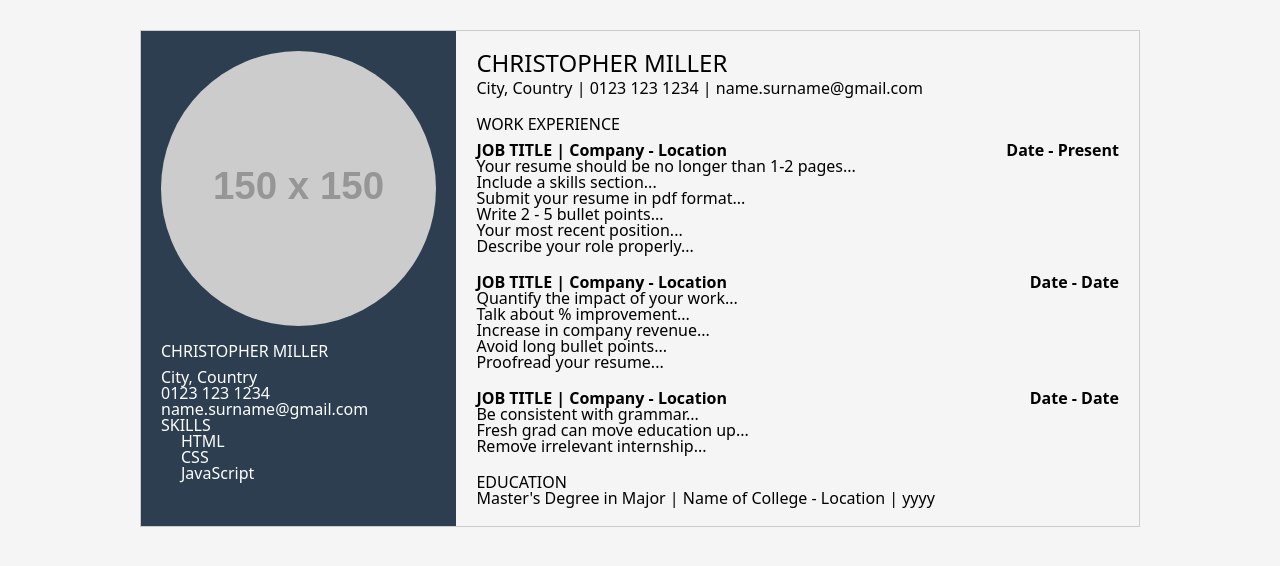
Repository: doanhieu0707/Homework-Day-5
Page: cv-flex.html
These files come from the project's save history. The page is drawn as it stood at one moment and after a run of saves; the edit follows.
The browser window is 1280 px wide. The pictures show the whole page.

Above is the page before, as saved 2026-04-22 14:38:43.

### cv-flex.html
<!doctype html>
<html lang="en">
<head>
    <meta charset="UTF-8" />
    <meta name="viewport" content="width=device-width, initial-scale=1.0" />
    <link rel="stylesheet" href="./css/reset.css" />
    <link rel="stylesheet" href="./css/style.css" />
    <title>CV Flex</title>
</head>
<body>
    <div class="cv">
        <div class="container">

            <!-- SIDEBAR -->
            <div class="sidebar">
                <img src="https://via.placeholder.com/150" alt="avatar" />
                <h2>CHRISTOPHER MILLER</h2>
                <p>City, Country</p>
                <p>0123 123 1234</p>
                <p>name.surname@gmail.com</p>

                <h3>SKILLS</h3>
                <ul>
                    <li>HTML</li>
                    <li>CSS</li>
                    <li>JavaScript</li>
                </ul>
            </div>

            <!-- MAIN CONTENT -->
            <div class="infor">
                <div class="header">
                    <h1 class="heading-1">CHRISTOPHER MILLER</h1>
                    <p>
                        City, Country | 0123 123 1234 | name.surname@gmail.com
                    </p>
                </div>

                <div class="work">
                    <h2 class="heading-2">WORK EXPERIENCE</h2>
                </div>

                <div class="part">
                    <div class="title">
                        <span>JOB TITLE | Company - Location</span>
                        <span>Date - Present</span>
                    </div>
                    <ul>
                        <li>Your resume should be no longer than 1-2 pages...</li>
                        <li>Include a skills section...</li>
                        <li>Submit your resume in pdf format...</li>
                        <li>Write 2 - 5 bullet points...</li>
                        <li>Your most recent position...</li>
                        <li>Describe your role properly...</li>
                    </ul>
                </div>

                <div class="part">
                    <div class="title">
                        <span>JOB TITLE | Company - Location</span>
                        <span>Date - Date</span>
                    </div>
                    <ul>
                        <li>Quantify the impact of your work...</li>
                        <li>Talk about % improvement...</li>
                        <li>Increase in company revenue...</li>
                        <li>Avoid long bullet points...</li>
                        <li>Proofread your resume...</li>
                    </ul>
                </div>

                <div class="part">
                    <div class="title">
                        <span>JOB TITLE | Company - Location</span>
                        <span>Date - Date</span>
                    </div>
                    <ul>
                        <li>Be consistent with grammar...</li>
                        <li>Fresh grad can move education up...</li>
                        <li>Remove irrelevant internship...</li>
                    </ul>
                </div>

                <div class="footer">
                    <h2>EDUCATION</h2>
                    <p>
                        <span>Master's Degree in Major</span> |
                        Name of College - Location | yyyy
                    </p>
                </div>
            </div>

        </div>
    </div>
</body>
</html>

### css/style.css
* {
    box-sizing: border-box;
}

body {
    background-color: gray;
    font-family:
        system-ui,
        -apple-system,
        BlinkMacSystemFont,
        "Segoe UI",
        Roboto,
        Oxygen,
        Ubuntu,
        Cantarell,
        "Fira Sans",
        "Droid Sans",
        "Helvetica Neue",
        sans-serif;
}

/* MAIN CV */
.cv {
    max-width: 1000px;
    margin: 20px auto;
    border: 1px solid #ccc;
}

/* FLEX LAYOUT */
.container {
    display: flex;
}

/* SIDEBAR */
.sidebar {
    flex: 3;
    background: #2c3e50;
    color: white;
    padding: 20px;
}

.sidebar img {
    width: 100%;
    border-radius: 50%;
    margin-bottom: 15px;
}

.sidebar h2 {
    margin-bottom: 10px;
}

.sidebar ul {
    padding-left: 20px;
}

/* MAIN CONTENT */
.infor {
    flex: 7;
    padding: 20px;
}

/* HEADER */
.header {
    margin-bottom: 20px;
}

.heading-1 {
    font-size: 24px;
    margin-bottom: 5px;
}

/* SECTION */
.heading-2 {
    margin-bottom: 10px;
}

/* JOB TITLE */
.title {
    display: flex;
    justify-content: space-between;
    font-weight: bold;
}

/* SPACING */
.part {
    margin-bottom: 20px;
}

/* FOOTER */
.footer {
    margin-top: 20px;
}

/* ===== Menu ===== */
.menu {
    display: flex;
    align-items: center;
    justify-content: center;
    padding: 0 45px;
    font-size: 0;
    background-color: #3e5cca;
}

.menu li {
    display: inline-block;
    position: relative;
}

.menu li::before {
    content: "";
    position: absolute;
    left: 0;
    top: 0;
    width: 1px;
    height: 100%;
    background-color: #2d4db7;
}

.menu li:first-child::before {
    display: none;
}

.menu li a {
    display: inline-block;
    color: white;
    font-size: 16px;
    padding: 21px;
    text-decoration: none;
}

.menu li a::before {
    content: "\25B6";
    margin-right: 6px;
    font-size: 10px;
}

.menu li:hover > a {
  background-color: #2d4db7;
  color: #fff;
}


.menu li a:focus,
.menu li a:target {
    background-color: blueviolet;
    color: red;
}

/* ===== Form ===== */
.form {
    max-width: 400px;
    padding: 25px;
    margin: 10px auto;
    border-radius: 20px;
    background-color: #fff;
}

.form-heading {
    margin-bottom: 32px;
    text-align: center;
    font-size: 24px;
    font-weight: bold;
    color: red;
}

.form-label {
    display: block;
    margin: 12px 0 4px;
    font-weight: 600;
    font-size: 12px;
}

/* .form-label::after {
    content: " *";
    color: red;
} */

.form-input {
    width: 100%;
    padding: 6px 8px;
    border: 1px solid gray;
    border-radius: 5px;
    outline: none;
}

.form-input:focus {
    border-color: blueviolet;
}

/* .form-input:invalid {
    border-color: red;
} */

.form-input:not(:placeholder-shown):invalid {
  border-color: red;
}

.form-label--required::after {
  content: " *";
  color: red;
}

.form:focus-within {
  box-shadow: 0 0 0 3px rgba(138, 43, 226, 0.2);
}

.avatar {
    width: 100px;
    height: 100px;
    cursor: pointer;
    border-radius: 50%;
}

.form-options label {
    display: block;
}

.form-footer {
    display: flex;
    margin-top: 28px;
    justify-content: space-between;
}

.btn {
    display: inline-block;
    padding: 6px 16px;
    border-radius: 5px;
    min-width: 100px;
    text-align: center;
    border: none;
    background: rgb(87, 142, 230);
    color: white;
    cursor: pointer;
}

.btn:hover {
    background: #3e5cca;
}

.btn:active {
    transform: scale(0.95);
}

/* =====  */
body {
    background: #f5f5f5;
    padding: 10px;
}

.pricing {
    display: flex;
    justify-content: center;
    gap: 30px;
}

.pricing-item {
    width: 260px;
    padding: 30px 20px;
    border-radius: 20px;
    background: linear-gradient(135deg,#3f2bff,#5f5bff);
    color: white;
    text-align: center;
    transition: 0.3s;
}

.pricing-item:hover {
    transform: translateY(-10px);
    box-shadow: 0 15px 30px rgba(0,0,0,0.2);
}

.pricing-item:nth-child(2) {
    transform: scale(1.05);
    box-shadow: 0 15px 30px rgba(0,0,0,0.3);
}

.pricing-title {
    font-size: 18px;
    margin-bottom: 10px;
}

.pricing-price {
    font-size: 32px;
    font-weight: bold;
    margin-bottom: 20px;
}

.pricing-list {
    list-style: none;
    text-align: left;
    margin-bottom: 20px;
}

.pricing-list li {
    margin: 10px 0;
    padding-left: 20px;
    position: relative;
}

.pricing-list li::before {
    content: "✓";
    position: absolute;
    left: 0;
    color: #fff;
}

.btn {
    padding: 10px 20px;
    border-radius: 8px;
    border: none;
    background: #fff;
    color: #333;
    cursor: pointer;
}

.btn:hover {
    background: #eee;
}

/* ===== Blog ===== */
.blog{
    max-width:800px;
    margin:0 auto;
    background:white;
    padding:30px;
    border-radius:10px;
}

.blog h1{
    font-size:28px;
    margin-bottom:20px;
    font-weight: 600;
}

.blog h2,
.blog h3{
    margin:20px 0 10px;
}

.blog :not(h1):is(h2, h3) {
  color: #3e5cca;
}

.blog img{
    width:100%;
    height:300px;
    object-fit:cover;
    border-radius:8px;
    margin:20px 0;
}

.blog p{
    margin-bottom:16px;
}

.blog > p:first-of-type::first-letter{
    font-size:50px;
    font-weight:bold;
    float:left;
    margin-right:8px;
    line-height:1;
    color:#3e5cca;
}

.blog p::first-line{
    font-weight:bold;
}

::selection{
    background:#3e5cca;
    color:white;
}

blockquote{
    margin:20px 0;
    padding:10px 20px;
    border-left:4px solid #3e5cca;
    font-style:italic;
    position:relative;
    background:#f9f9f9;
}

blockquote::before{
    content:"“";
    font-size:40px;
    position:absolute;
    left:5px;
    top:-10px;
    color:#3e5cca;
}

.comments{
    margin-top:40px;
}

.comment{
    padding:15px;
    margin:10px 0;
    border-radius:8px;
    transition:0.3s;
}

.comment:nth-of-type(odd){
    background:#f9f9f9;
}

.comment:nth-of-type(even){
    background:#ececec;
}

.comment:hover{
    background:#e3e9ff;
    transform:translateX(5px);
}

.comment-author{
    font-weight:bold;
    margin-bottom:5px;
}

Loaded but not shown: css/reset.css (common file)

After the next 2 saves:
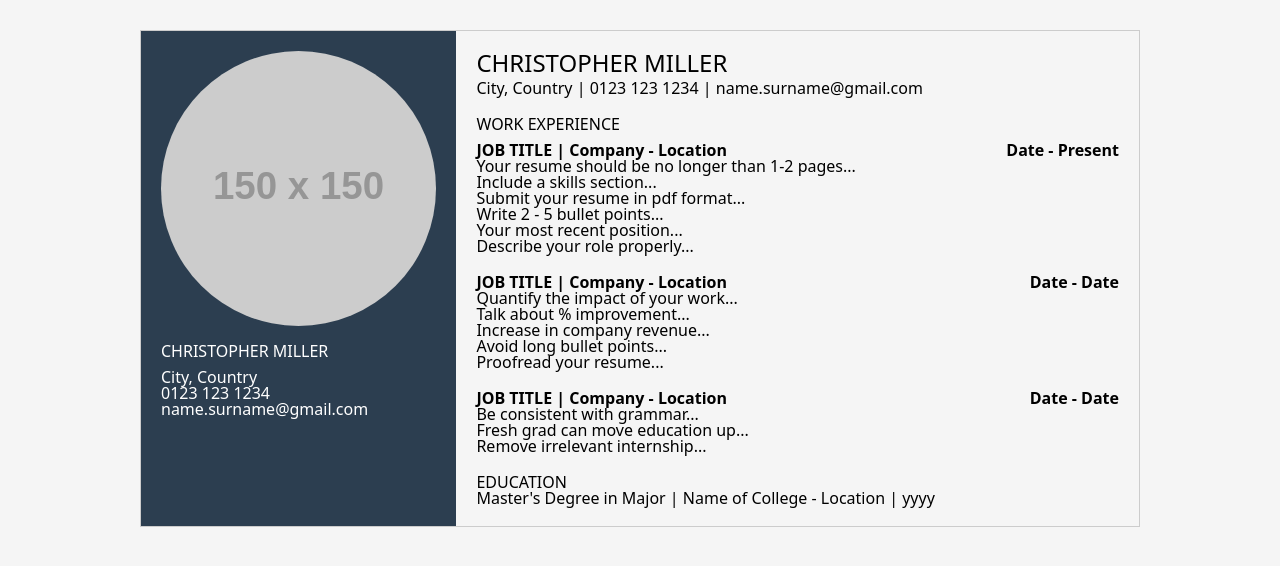
The 2 saves are shown as one change because they came seconds apart.
The last was saved 64 s later.
--- a/cv-flex.html
+++ b/cv-flex.html
@@ -19,12 +19,6 @@
                 <p>0123 123 1234</p>
                 <p>name.surname@gmail.com</p>
 
-                <h3>SKILLS</h3>
-                <ul>
-                    <li>HTML</li>
-                    <li>CSS</li>
-                    <li>JavaScript</li>
-                </ul>
             </div>
 
             <!-- MAIN CONTENT -->
